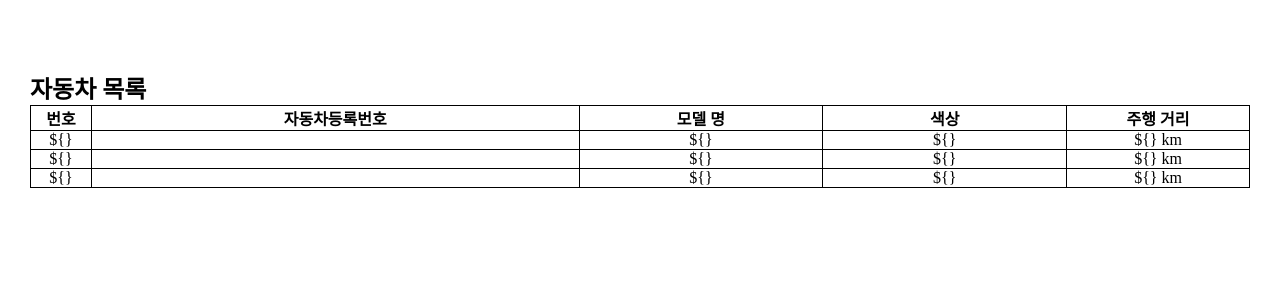
Repository: HI-CLAIRE/s.s.a.f.y_java
Page: Vue.js/Homework/vue_ws_02_1-master/list.html
The author's editor kept a copy of each file at every save. The page is drawn from the files as they stood at one save, then again after the next save.
The browser window is 1280 px wide. The pictures show the whole page.

Above is the page before, as saved 2022-11-08 08:57:44.

### Vue.js/Homework/vue_ws_02_1-master/list.html
<!DOCTYPE html>
<html lang="ko">
  <head>
    <meta charset="UTF-8" />
    <meta name="viewport" content="width=device-width, initial-scale=1.0" />
    <title>자동차정보사이트</title>
    <link rel="stylesheet" href="./css/main.css" />
    <!-- Vue CDN -->
    <script src="https://cdn.jsdelivr.net/npm/vue@2/dist/vue.js"></script>
  </head>
  <body>
    <div id="app">
        <div class="header">
          <div>
            <a href="index.html" class="logo">자동차관리</a>
          </div>
          <div>
            <a href="create.html">자동차등록</a>
            <a href="list.html">자동차목록</a>
          </div>
        </div>
      <div class="container">
        <h2>자동차 목록</h2>
        <div v-if="cars.length">
          <table class="car-list">
            <colgroup>
              <col style="width: 5%" />
              <col style="width: 40%" />
              <col style="width: 20%" />
              <col style="width: 20%" />
              <col style="width: 15%" />
            </colgroup>
            <thead>
              <tr>
                <th>번호</th>
                <th>자동차등록번호</th>
                <th>모델 명</th>
                <th>색상</th>
                <th>주행 거리</th>
              </tr>
            </thead>
            <tbody>
              <!-- 반복문을 통해 출력한다. -->
              <tr v-for="(car, index) in cars" :key="index">
                <td>${}</td>
                <td></td>
                <td>${}</td>
                <td>${}</td>
                <td>${} km</td>
              </tr>
            </tbody>
          </table>
        </div>
        <div v-else>등록된 자동차가 없습니다.</div>
      </div>
    </div>
    <script>
      new Vue({
        el: "#app",
        name: "list",
        data: {
          cars: [
            {
              vin: "KMHXX00XXXX000000",
              modelName: "소나타",
              color: "dark blue",
              mileage: 20000,
            },
            {
              vin: "KMHXX00XXXX000001",
              modelName: "아반떼",
              color: "gray",
              mileage: 1000,
            },
            {
              vin: "KNHXX00XXXX000001",
              modelName: "쏘렌토",
              color: "black",
              mileage: 100000,
            },
          ],
        },
      });
    </script>
  </body>
</html>

### Vue.js/Homework/vue_ws_02_1-master/css/main.css
/* 초기화 작업 */
* {
  margin: 0;
  padding: 0;
  box-sizing: border-box;
  list-style: none;
}

a {
  text-decoration: none;
  color: white;
}

.text-center {
  text-align: center;
 }

/* header 태그 안에 CSS 속성 */
header {
  height: 70px;
  background-color: skyblue;
  line-height: 70px;
  padding: 0px 30px;
}

.header-nav {
  display: flex;
  justify-content: space-between;
}

.logo {
  display: inline-block;
  font-size: 2rem;
  font-weight: bold;
  color: white;
}


/* content CSS */

.container {
  margin: 0px 30px;
}

.view {
  width: 80%;
  padding: 12px 20px;
  margin: 8px 0;
  display: inline-block;
  border: 1px solid #ccc;
  border-radius: 4px;
  box-sizing: border-box;
  color: #787878;
  font-size: medium;
}

label {
  display: inline-block;
  width: 130px;
}

.btn {
  width: 8%;
  background-color: #d0d3d0;
  color: rgb(80, 82, 79);
  padding: 14px 20px;
  margin: 8px 0;
  border: 1px solid #787878;
  border-radius: 4px;
  font-size: large;
  cursor: pointer;
}

/* 테이블 CSS */
.car-list {
  border-collapse: collapse;
  width: 100%;
  text-align: center;
  margin: auto;
}

.car-list td,
.car-list th {
  border: 1px solid black;
}

After the next save:
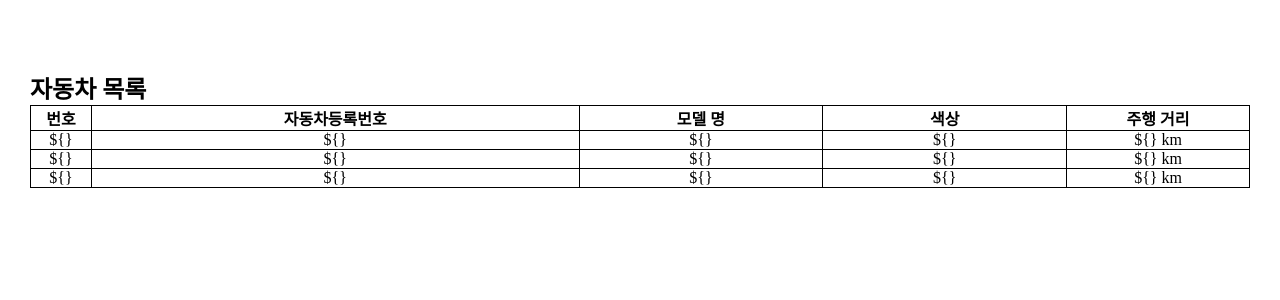
Saved 23 s later.
--- a/Vue.js/Homework/vue_ws_02_1-master/list.html
+++ b/Vue.js/Homework/vue_ws_02_1-master/list.html
@@ -43,7 +43,7 @@
               <!-- 반복문을 통해 출력한다. -->
               <tr v-for="(car, index) in cars" :key="index">
                 <td>${}</td>
-                <td></td>
+                <td>${}</td>
                 <td>${}</td>
                 <td>${}</td>
                 <td>${} km</td>
